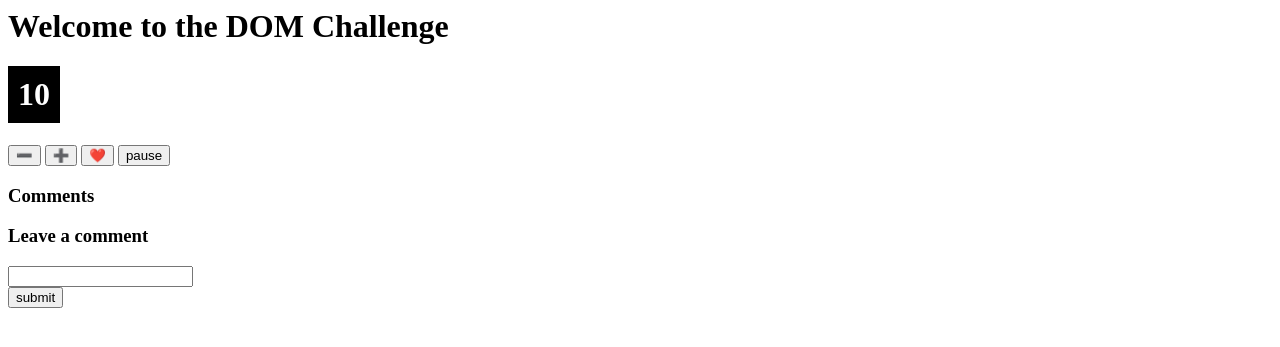
Repository: annferracane/phase-1-practice-interacting-with-the-dom
Page: index.html
An editor plug-in stored every save of this project. The page is shown before and after the next save, followed by the edit.
The browser window is 1280 px wide. The pictures show the whole page.

Above is the page before, as saved 2022-12-01 18:21:50.

### index.html
<html>
<head>
  <meta charset="UTF-8">
  <title>Dom Challenge</title>
  <style>
    #counter {
      background-color: black;
      color: white;
      display: table;
      padding: 10px;
    }
  </style>
</head>
<body>
  <h1>
    Welcome to the DOM Challenge
  </h1>
  <h1 id='counter'>
    0
  </h1>
  <button id='minus' > ➖ </button>
  <button id='plus' > ➕ </button>
  <button id='heart' > ❤️ </button>
  <button id='pause' > pause </button>

  <ul class='likes'></ul>

  <div>
    <h3>Comments</h3>
    <div id='list' class='comments'></div>

    <h3>Leave a comment</h3>

    <form id="comment-form" action="">
      <input type='text' name="comment" id="comment-input" cols="30" rows="10">
      </br>
      <button id='submit'>submit</button>
    </form>

  </div>

  <!--<script src="js/index.min.js"></script>-->
  <script defer src="js/challenge.js"></script>
</body>
</html>

### js/challenge.js
// Spec
/*
See the timer increment every second once the page has loaded.
--DONE
Manually increment and decrement the counter using the plus and minus buttons.
--DONE
"Like" an individual number of the counter. I should see the count of the number of "likes" associated with that number displayed.
--DONE

Pause the counter, which should:
- pause the counter
- disable all buttons except the pause button
- switch the label on the button from "pause" to "resume"

Click the "restart" button to restart the counter and re-enable the buttons.
Leave comments on my gameplay, such as: "Wow, what a fun game this is."
*/

// DOM Elements & Global Variables
const counter = document.querySelector('#counter');
const minusBtn = document.querySelector('#minus');
const plusBtn = document.querySelector('#plus');
const heartBtn = document.querySelector('#heart');
const pauseBtn = document.querySelector('#pause');
const likesList = document.querySelector('.likes');

let countVal = 0;
const counterLikes = [];


// Functions & Listeners
minusBtn.addEventListener('click', decrementCounter);
plusBtn.addEventListener('click', incrementCounter);
heartBtn.addEventListener('click', likeCounter);
pauseBtn.addEventListener('click', pauseResumeCounter);

// Start Interval
const intervalId = setInterval(() => incrementCounter(), 1000);

// Decrement counter by 1
function decrementCounter() {
    countVal--;
    counter.textContent = countVal;

}

// Increment counter by 1
function incrementCounter() {
    countVal++;
    counter.textContent = countVal;
}

// Append list item to DOM to show how many times that number has been liked
function likeCounter() {
    const currentCount = counter.textContent;
    const likeListItem = document.querySelector(`#like-${currentCount}`);

    if(likeListItem) {
        console.log('liked more than once');
        const counterObj = counterLikes.find(item => item.name === currentCount);
        counterObj.likeTotal++;
        likeListItem.textContent = `${currentCount} has been liked ${counterObj.likeTotal} times`;
    }
    else {
        const newLikeList = document.createElement(`li`);
        newLikeList.id = `like-${currentCount}`;
        const counterObj = {
            name: currentCount.toString(),
            likeTotal: 1
        }
        counterLikes.push(counterObj);
        newLikeList.textContent = `${currentCount} has been liked ${counterObj.likeTotal} time`;
        likesList.appendChild(newLikeList);
    }
}


function pauseResumeCounter () {
    /*
    Pause the counter, which should:
    - pause the counter
    - disable all buttons except the pause button
    - switch the label on the button from "pause" to "resume"
    */
   console.log(pauseBtn.textContent);
    if(pauseBtn.textContent == ' pause ') {
        counterIsActive = false;
        clearInterval(intervalId);
        pauseBtn.textContent = ' resume ';
        return;
    } else if(pauseBtn.textContent == ' resume ') {

        pauseBtn.textContent = ' pause ';
        return;
    }

}


// Initialize counter
function launchCounter() {
    setInterval(() => incrementCounter(), 1000);
    /*
    setInterval(function () {
        incrementCounter();
    },
    1000)
    */
}


launchCounter();

After the next save:
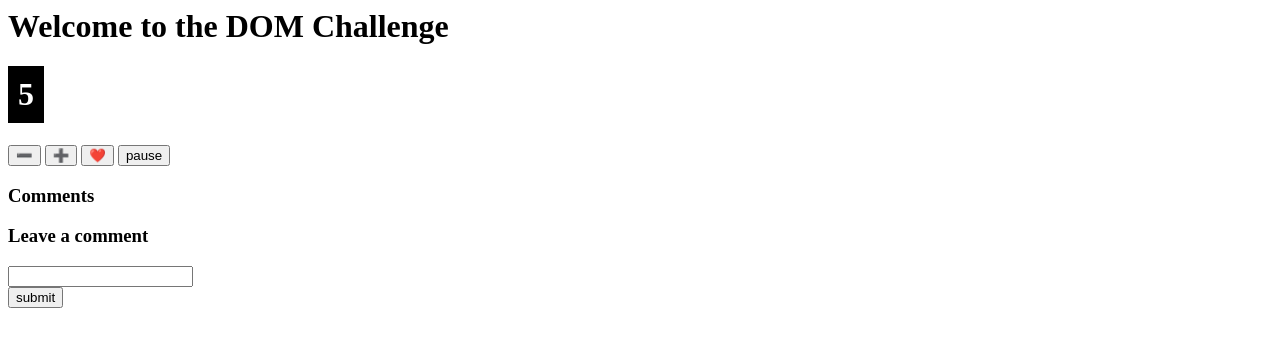
Console error: TypeError: intervalId is not a function
Saved 21 s later.
--- a/js/challenge.js
+++ b/js/challenge.js
@@ -109,4 +109,4 @@ function launchCounter() {
 }
 
 
-launchCounter();
+intervalId();
